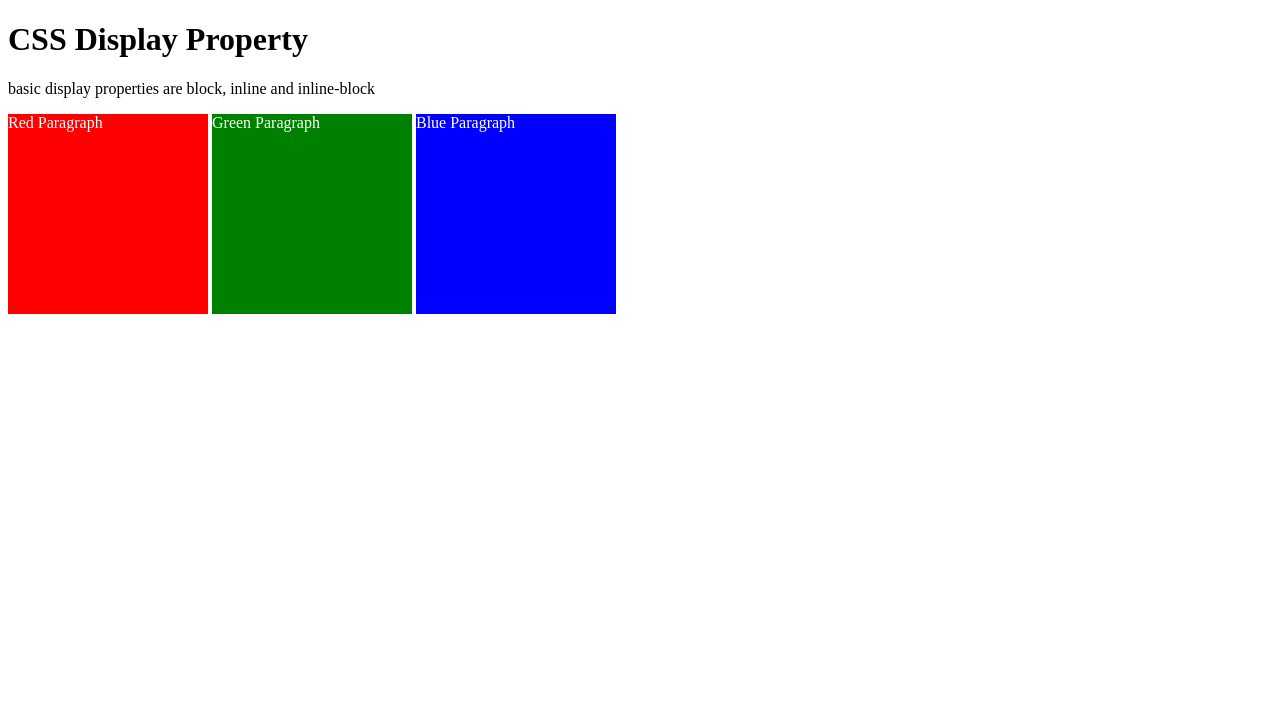
Repository: aniatot/CSS_KT
Page: 3 CSS Display/index.html
The author's editor kept a copy of each file at every save. The page is drawn from the files as they stood at one save, then again after the next save.
The browser window is 1280 px wide. The pictures show the whole page.

Above is the page before, as saved 2023-10-20 10:43:16.

After the next save:
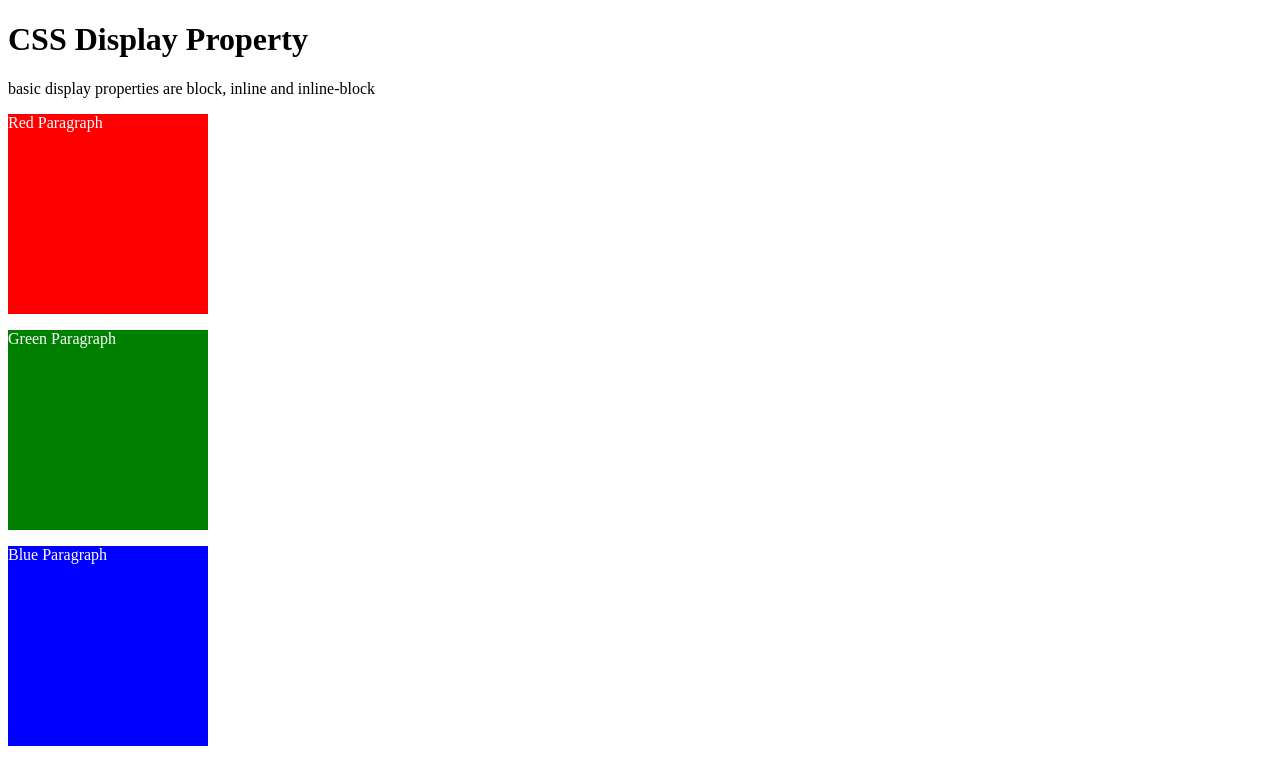
Saved 35 s later.
--- a/3 CSS Display/index.html
+++ b/3 CSS Display/index.html
@@ -15,21 +15,21 @@
     }
 
     .red {
-      display: inline-block;
+      display: block;
       width: 200px;
       height: 200px;
       background-color: red;
     }
 
     .green {
-      display: inline-block;
+      display: block;
       width: 200px;
       height: 200px;
       background-color: green;
     }
 
     .blue {
-      display: inline-block;
+      display: block;
       width: 200px;
       height: 200px;
       background-color: blue;
